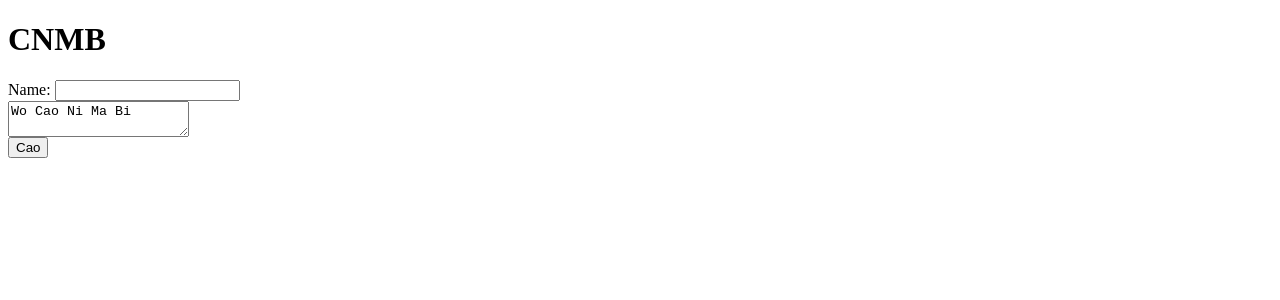
Repository: FWBMKII/csc207
Page: cnmb/cnmb.html
An editor plug-in stored every save of this project. The page is shown before and after the next save, followed by the edit.
The browser window is 1280 px wide. The pictures show the whole page.

Above is the page before, as saved 2015-04-27 19:33:26.

After the next save:
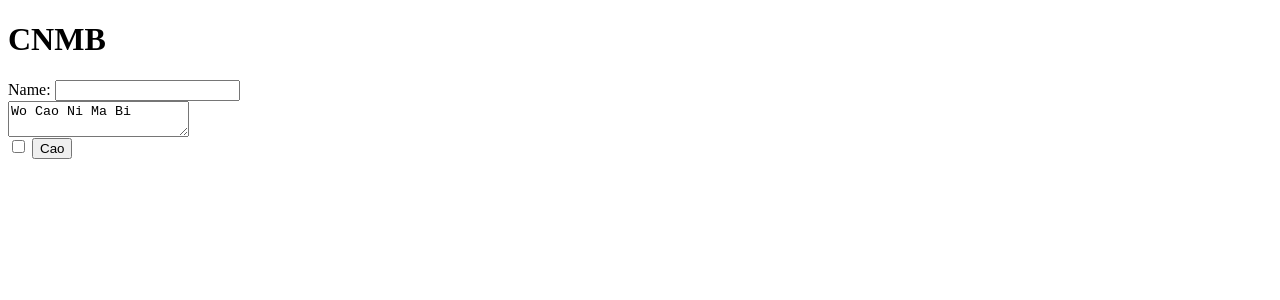
Saved 12 s later.
--- a/cnmb/cnmb.html
+++ b/cnmb/cnmb.html
@@ -10,7 +10,7 @@
 		Name: <input type="text" name="name"/><br/>
 		<textarea name="wcnmb">Wo Cao Ni Ma Bi</textarea>
 		<br/>
-
+		<input type="checkbox"/>
 
 		<input type="submit" value="Cao"/>
 	</form>
